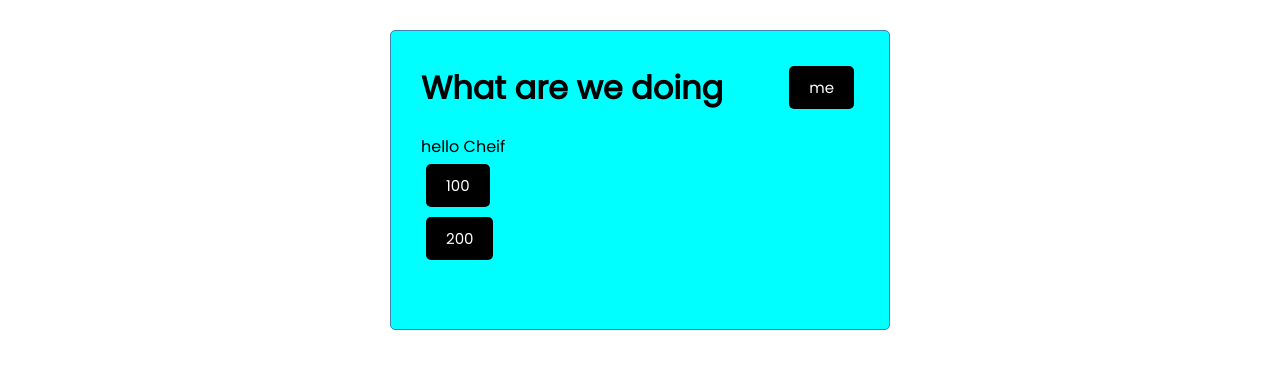
Repository: Jeffkw213/Learning_react
Page: / (app in myapp/)
The author's editor kept a copy of each file at every save. The page is drawn from the files as they stood at one save, then again after a run of saves.
The browser window is 1280 px wide. The pictures show the whole page.
The project was rebuilt for these pictures with package versions that can differ from the ones it lists, and the page was loaded fresh each time.

Above is the page before, as saved 2021-04-29 17:31:22.

### myapp/src/index.css
@import url('https://fonts.googleapis.com/css2?family=Poppins:wght@300;400&display=swap');

* {
  box-sizing: border-box;
  margin: 0;
  padding: 0;
}

body {
  font-family: 'Poppins', sans-serif;
}

.container {
  max-width: 500px;
  margin: 30px auto;
  overflow: auto;
  min-height: 300px;
  border: 1px solid steelblue;
  padding: 30px;
  border-radius: 5px;
  background-color: aqua;

}

.header {
  display: flex;
  justify-content: space-between;
  align-items: center;
  margin-bottom: 20px;
}

.btn {
  display: inline-block;
  background: #000;
  color: #fff;
  border: none;
  padding: 10px 20px;
  margin: 5px;
  border-radius: 5px;
  cursor: pointer;
  text-decoration: none;
  font-size: 15px;
  font-family: inherit;
}

.btn:focus {
  outline: none;
}

.btn:active {
  transform: scale(0.98);
}

.btn-block {
  display: block;
  width: 100%;
}

.task {
  background: #f4f4f4;
  margin: 5px;
  padding: 10px 20px;
  cursor: pointer;
}

.task.reminder {
  border-left: 5px solid green;
}

.task h3 {
  display: flex;
  align-items: center;
  justify-content: space-between;
}

.add-form {
  margin-bottom: 40px;
}

.form-control {
  margin: 20px 0;
}

.form-control label {
  display: block;
}

.form-control input {
  width: 100%;
  height: 40px;
  margin: 5px;
  padding: 3px 7px;
  font-size: 17px;
}

.form-control-check {
  display: flex;
  align-items: center;
  justify-content: space-between;
}

.form-control-check label {
  flex: 1;
}

.form-control-check input {
  flex: 2;
  height: 20px;
}

footer {
  margin-top: 30px;
  text-align: center;
}

### myapp/src/App.js
import Header from './Components/header'
import Body from './Components/body'
import Button from './Components/button'
function App() {
  // const name = 'jeff'
  return (
    // <div className='container'>
    //  <h1> Starting of React </h1>
    //  <h2> Hello {name} </h2>
    // </div>
    <div className='container'>
      <Header />
      <Body />

    </div>
  );
}

export default App;

### myapp/src/Components/header.js
import PropTypes from 'prop-types'
import Button from './button'
const Header = ({title}) => {
    return (
        <header className= 'header'>
            <h1>{title}</h1>
            <Button name='me' func= {() => myfunction()}/>
        </header>
    )
}

Header.defaultProps = {
    title: "What are we doing",
}

Header.propTypes= {
    title:PropTypes.string.isRequired,
}

function myfunction(){
    console.log('me button');
}

export default Header

### myapp/src/Components/body.js
import Button from './button'
const body = ({text}) => {
    return (
        <div>
            <body className ='body'>{text}
                <Button name='100' func={()=>{console.log("HELLO")}}/>
                <Button name='200'func={()=>{ myFunction()}}/>
            </body>
        </div>
    )
}

body.defaultProps = {
    text: "hello Cheif",
}

function myFunction(){
    alert(document.body.style.color);
}


export default body

### myapp/src/Components/button.js
const button = ({name, func}) => {
    return (
        <div>
            <button className='btn' onClick={func}>{name}</button>
        </div>
    )
}

button.defaultProps = {
    name: "button",
}

export default button

Loaded but not shown: myapp/public/index.html (common file); myapp/src/index.js (common file); myapp/src/reportWebVitals.js (common file)

After the next 7 saves:
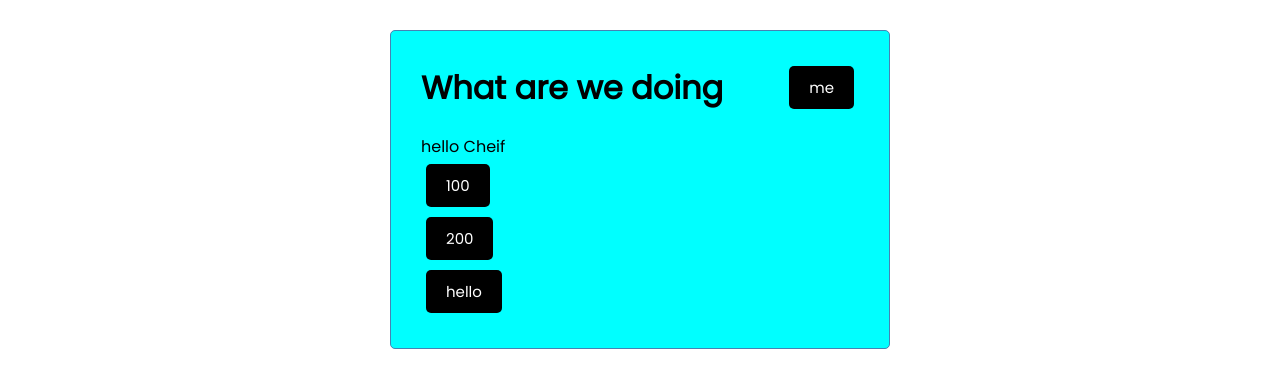
The 7 saves are shown as one change because 1 did not build or start and some came seconds apart.
The last was saved 21 s later.
--- a/myapp/src/App.js
+++ b/myapp/src/App.js
@@ -11,7 +11,7 @@ function App() {
     <div className='container'>
       <Header />
       <Body />
-
+      <Button name= 'hello' />
     </div>
   );
 }
